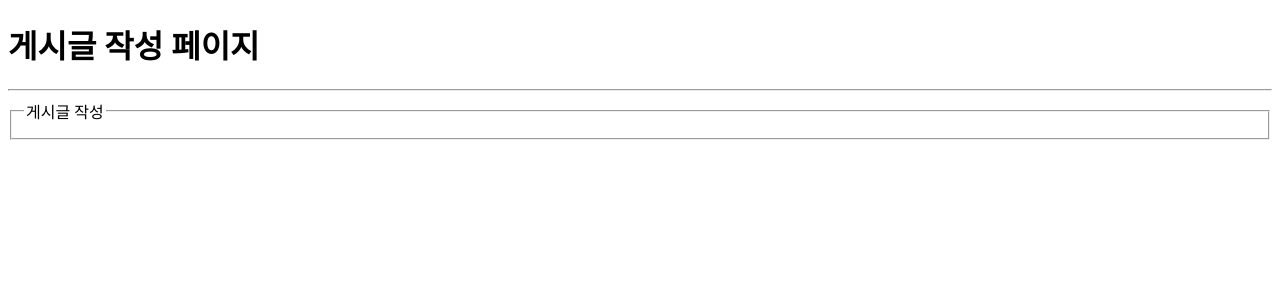
Repository: loseminho/khAcademy-Study
Page: http://localhost/02_SpringMVC_CRUD/boardWriteFrm.do
An editor plug-in stored every save of this project. The page is shown before and after a run of saves, followed by the edit.
The browser window is 1280 px wide. The pictures show the whole page.
The page is served by Tomcat 9. Other server files are loaded and not shown.

Above is the page before, as saved 2022-10-04 02:11:17.

### spring/workspace-sts-3.9.13.RELEASE/02_SpringMVC_CRUD/src/main/webapp/WEB-INF/views/board/boardWriteFrm.jsp
<%@ page language="java" contentType="text/html; charset=UTF-8"
    pageEncoding="UTF-8"%>
<!DOCTYPE html>
<html>
<head>
<meta charset="UTF-8">
<title>Insert title here</title>
</head>
<body>
	<h1>게시글 작성 페이지</h1>
	<hr>
	<form action="" method="">
		<fieldset>
			<legend>게시글 작성</legend>

		</fieldset>
	</form>
</body>
</html>

After the next 2 saves:
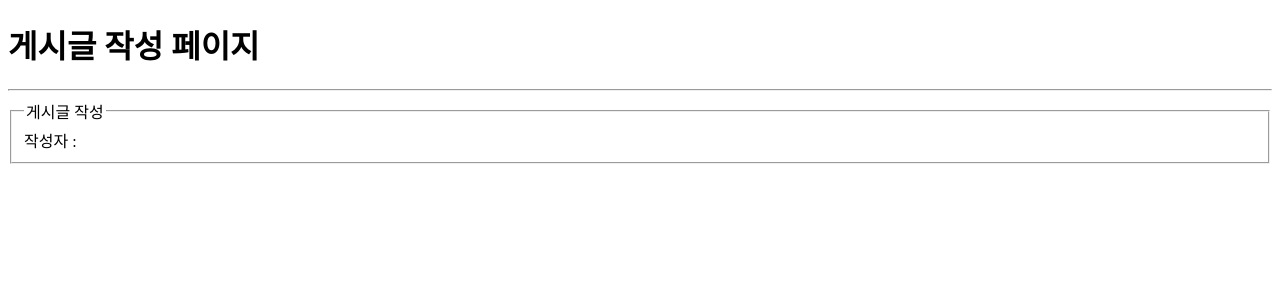
The 2 saves are shown as one change because they came seconds apart.
The last was saved 9 s later.
--- a/spring/workspace-sts-3.9.13.RELEASE/02_SpringMVC_CRUD/src/main/webapp/WEB-INF/views/board/boardWriteFrm.jsp
+++ b/spring/workspace-sts-3.9.13.RELEASE/02_SpringMVC_CRUD/src/main/webapp/WEB-INF/views/board/boardWriteFrm.jsp
@@ -12,6 +12,7 @@
 	<form action="" method="">
 		<fieldset>
 			<legend>게시글 작성</legend>
+			작성자 :
 
 		</fieldset>
 	</form>
